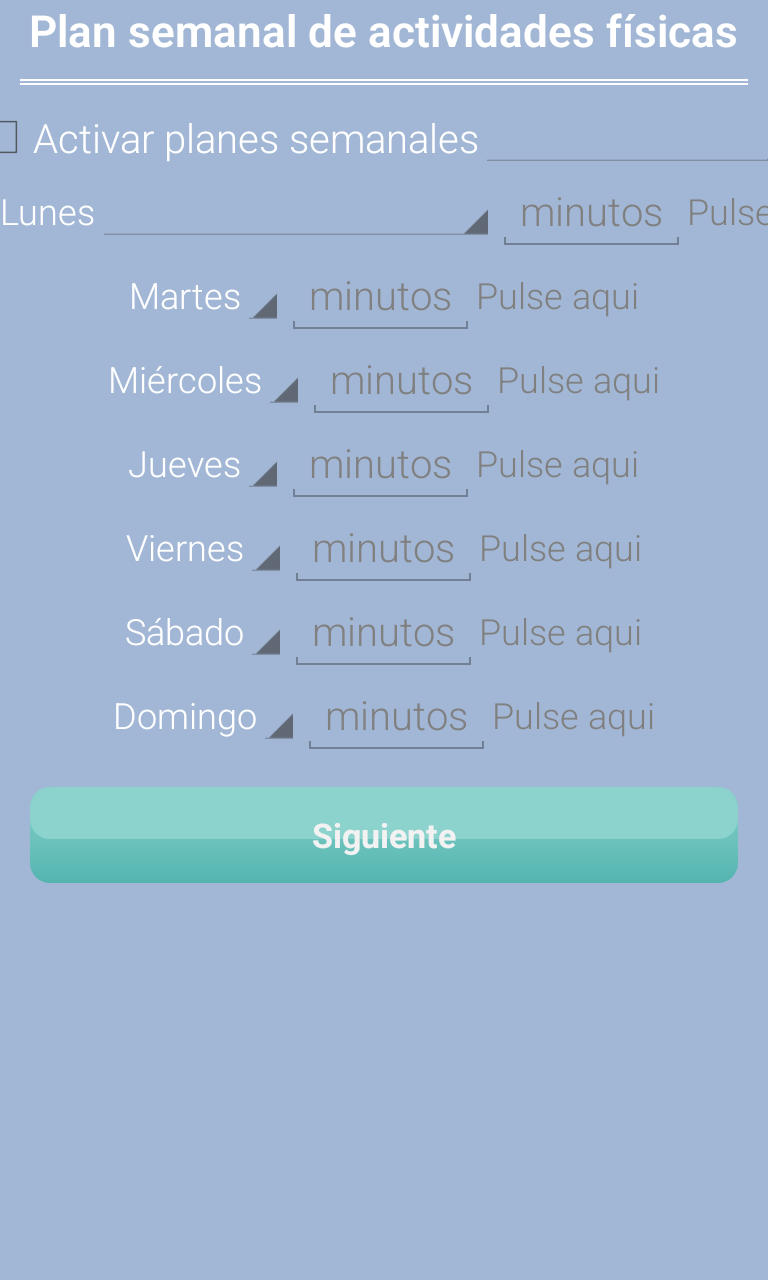
Repository: HectorGarciaMiguel/ssii-diabetes-060036
Layout: SeguimientoDiabetes/res/layout/activity_configuracion3.xml
The author's editor kept a copy of each file at every save. The layout is drawn from the files as they stood at one save, then again after the next save.
It is drawn on a 768 x 1280 px phone screen (xhdpi) without system bars, with theme AppTheme; the app's code is not run.

Above is the layout before, as saved 2015-11-19 20:26:03.

After the next save:
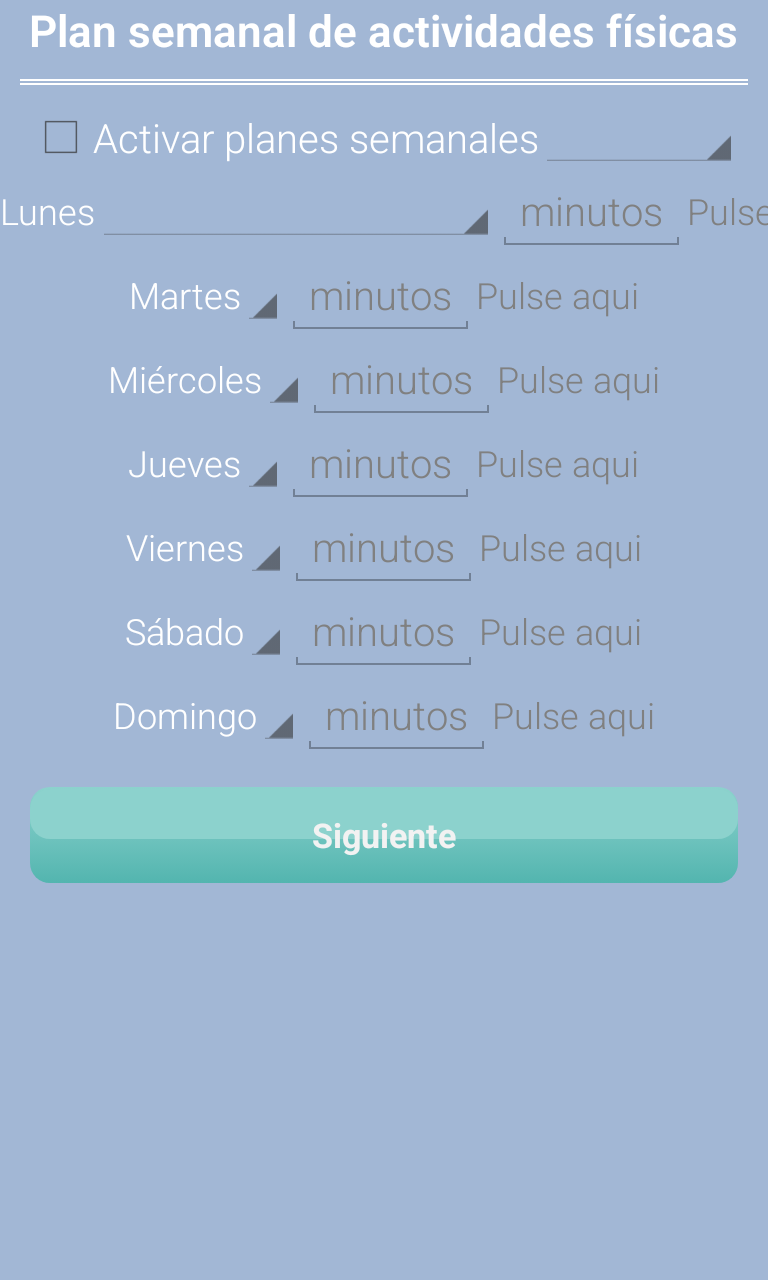
Saved 2 min 21 s later.
--- a/SeguimientoDiabetes/res/layout/activity_configuracion3.xml
+++ b/SeguimientoDiabetes/res/layout/activity_configuracion3.xml
@@ -53,7 +53,7 @@
 
     	<Spinner
     	    android:id="@+id/spinner1"
-    	    android:layout_width="160dp"
+    	    android:layout_width="100dp"
     	    android:layout_height="wrap_content" />
 
     </LinearLayout>
